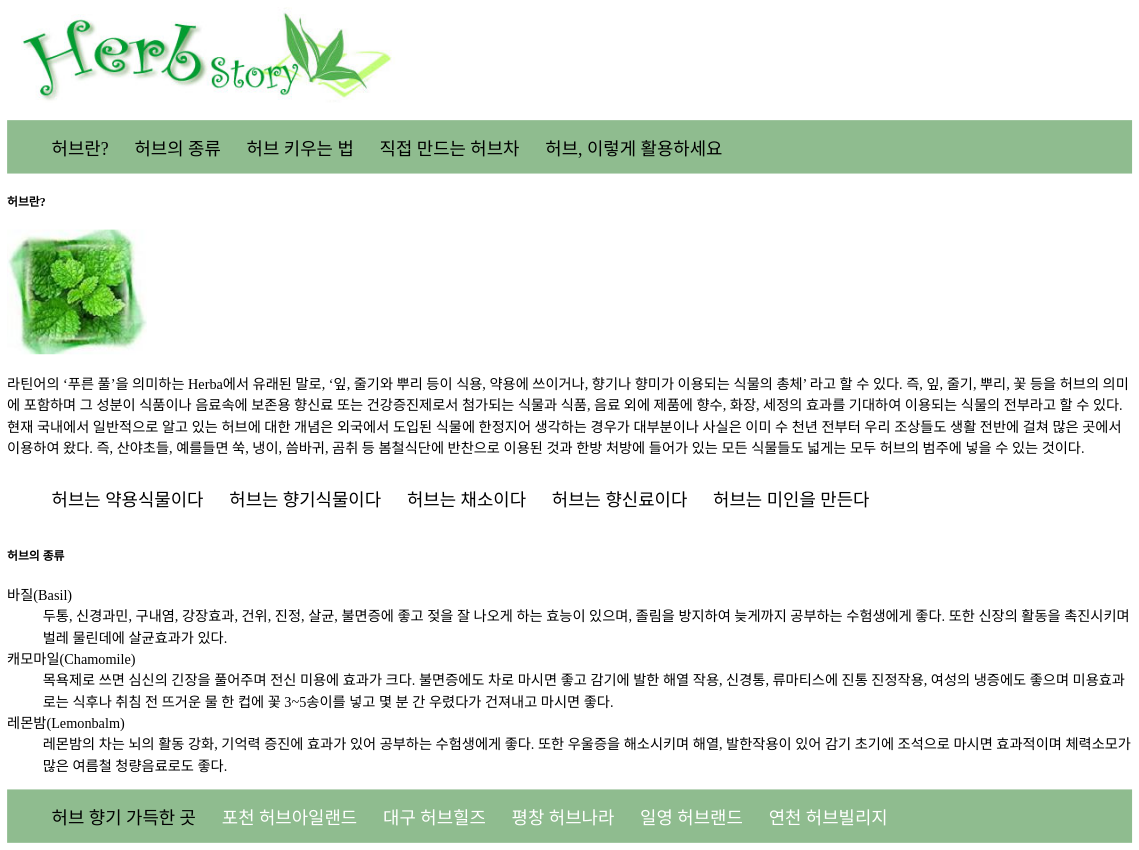
Repository: WonSeungUn/VSCODE
Page: web_work/CSS/WebContent/layout.htm
The author's editor kept a copy of each file at every save. The page is drawn from the files as they stood at one save, then again after the next save.
The browser window is 1280 px wide. The pictures show the whole page, at 89% of full size.

Above is the page before, as saved 2024-07-09 07:52:06.

### web_work/CSS/WebContent/layout.htm
<!DOCTYPE HTML PUBLIC "-//W3C//DTD HTML 4.01//EN" "http://www.w3.org/TR/html4/strict.dtd">
<html>
<head>
<title>레이아웃 연습하기</title>
<meta http-equiv="Content-Type" content="text/html; charset=UTF-8">
<style type="text/css">

	ul {
		padding: 16px 16px 16px 50px;
	}

	li {
		display: inline;
		font-size: 20px;
		margin-right : 25px;
	}

	a {
		text-decoration: none;
		color: black;
	}
	#infolist ul li a {
		color : white;
	}

	#menu, #infolist {
		background: darkseagreen;
		height: 60px;
	}
</style>
</head>
<body>

<div>
	<img src="images/herblogo.jpg">
</div>

<div id="menu">
 <ul>
  <li><a href="#">허브란?</a></li>
  <li><a href="#">허브의 종류</a></li>
  <li><a href="#">허브 키우는 법</a></li>
  <li><a href="#">직접 만드는 허브차</a></li>
  <li><a href="#">허브, 이렇게 활용하세요</a></li>
 </ul>
</div>

<div id="content1">
 <h5>허브란? </h5>
 <img src="images/balm.jpg" id="balm">
 <p>라틴어의 ‘푸른 풀’을 의미하는 Herba에서 유래된 말로, ‘잎, 줄기와 뿌리 등이 식용, 약용에 쓰이거나, 향기나 향미가 이용되는 식물의 총체’ 라고 할 수 있다. 즉, 잎, 줄기, 뿌리, 꽃 등을 허브의 의미에 포함하며 그 성분이 식품이나 음료속에 보존용 향신료 또는 건강증진제로서 첨가되는 식물과 식품, 음료 외에 제품에 향수, 화장, 세정의 효과를 기대하여 이용되는 식물의 전부라고 할 수 있다.현재 국내에서 일반적으로 알고 있는 허브에 대한 개념은 외국에서 도입된 식물에 한정지어 생각하는 경우가 대부분이나 사실은 이미 수 천년 전부터 우리 조상들도 생활 전반에 걸쳐 많은 곳에서 이용하여 왔다. 즉, 산야초들, 예를들면 쑥, 냉이, 씀바귀, 곰취 등 봄철식단에 반찬으로 이용된 것과 한방 처방에 들어가 있는 모든 식물들도 넓게는 모두 허브의 범주에 넣을 수 있는 것이다.</p>
 <ul>
  <li>허브는 약용식물이다</li>
  <li>허브는 향기식물이다</li>
  <li>허브는 채소이다</li>
  <li>허브는 향신료이다</li>
  <li>허브는 미인을 만든다</li>
 </ul>
</div>

<div id="content2">
 <h5>허브의 종류</h5>
 <dt>바질(Basil)</dt>
  <dd>두통, 신경과민, 구내염, 강장효과, 건위, 진정, 살균, 불면증에 좋고 젖을 잘 나오게 하는 효능이 있으며, 졸림을 방지하여 늦게까지 공부하는 수험생에게 좋다. 또한 신장의 활동을 촉진시키며 벌레 물린데에 살균효과가 있다.</dd>
 <dt>캐모마일(Chamomile)</dt>
  <dd>목욕제로 쓰면 심신의 긴장을 풀어주며 전신 미용에 효과가 크다. 불면증에도 차로 마시면 좋고 감기에 발한 해열 작용, 신경통, 류마티스에 진통 진정작용, 여성의 냉증에도 좋으며 미용효과로는 식후나 취침 전 뜨거운 물 한 컵에 꽃 3~5송이를 넣고 몇 분 간 우렸다가 건져내고 마시면 좋다.</dd>
 <dt>레몬밤(Lemonbalm)</dt>
  <dd>레몬밤의 차는 뇌의 활동 강화, 기억력 증진에 효과가 있어 공부하는 수험생에게 좋다. 또한 우울증을 해소시키며 해열, 발한작용이 있어 감기 초기에 조석으로 마시면 효과적이며 체력소모가 많은 여름철 청량음료로도 좋다.</dd>
</div>

<div id="infolist">
 <ul>
  <li id="list_title">허브 향기 가득한 곳</li>
  <li><a href="http://www.herbisland.net/" target="_blank">포천 허브아일랜드</a></li>
  <li><a href="http://www.herbhillz.com/" target="_blank">대구 허브힐즈</a></li>
  <li><a href="http://www.herbnara.com/" target="_blank">평창 허브나라</a></li>
  <li><a href="http://www.iyherbland.co.kr/" target="_blank">일영 허브랜드</a></li>
  <li><a href="http://www.herbvillage.co.kr/" target="_blank">연천 허브빌리지</a></li>
 </ul>
</div>
</body>
</html>

After the next save:
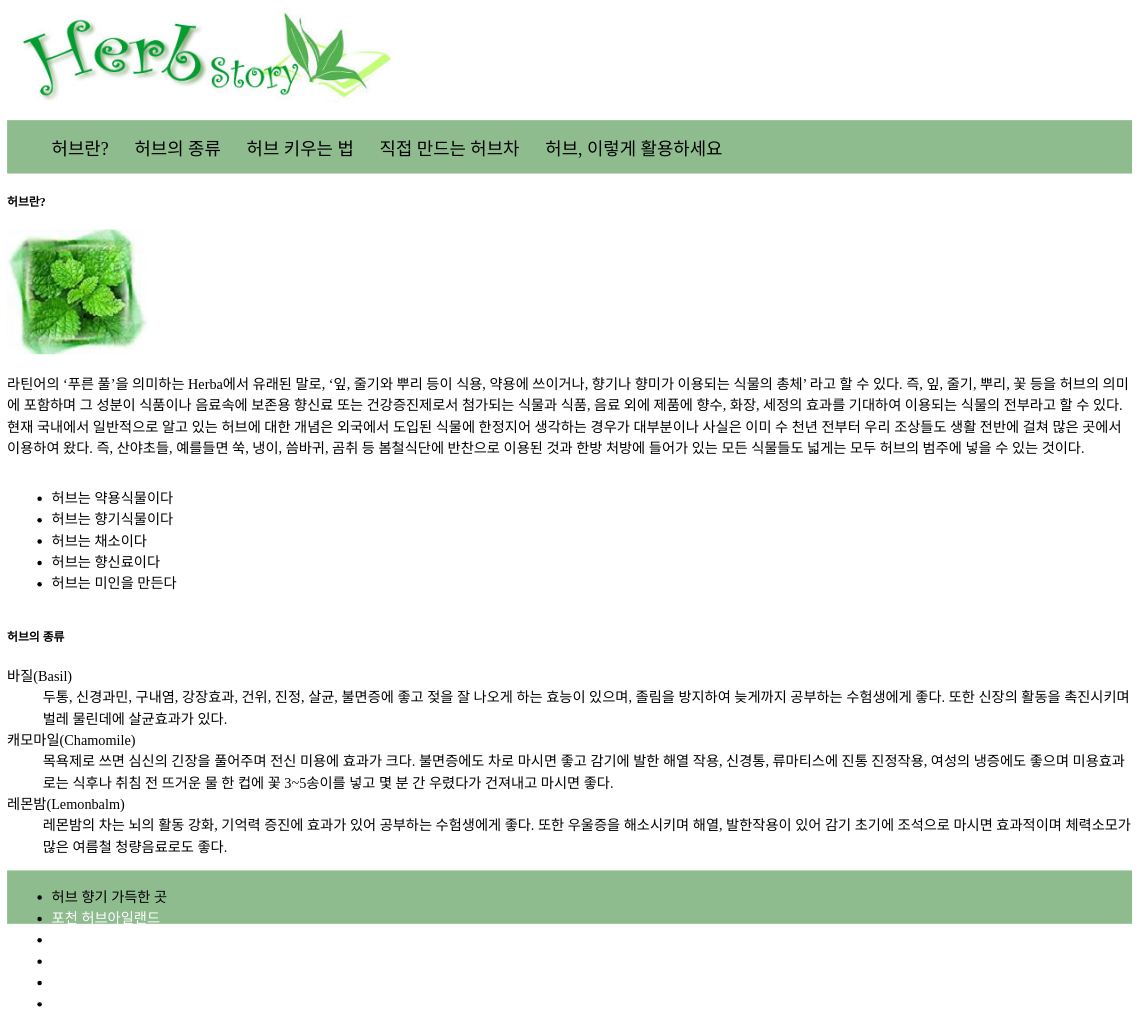
Saved 23 s later.
--- a/web_work/CSS/WebContent/layout.htm
+++ b/web_work/CSS/WebContent/layout.htm
@@ -9,7 +9,7 @@
 		padding: 16px 16px 16px 50px;
 	}
 
-	li {
+	#menu li {
 		display: inline;
 		font-size: 20px;
 		margin-right : 25px;
